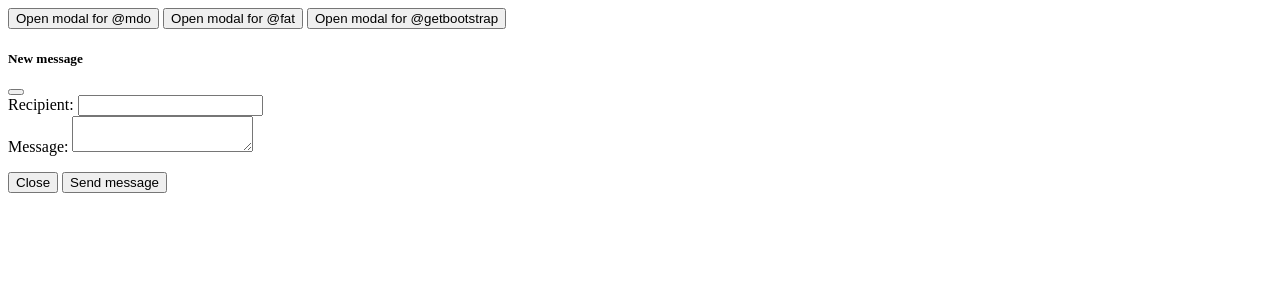
Repository: HeorhiiPotapov/contacts-app
Page: contacts/templates/contacts/modal_create.html
The author's editor kept a copy of each file at every save. The page is drawn from the files as they stood at one save, then again after the next save.
The browser window is 1280 px wide. The pictures show the whole page.
The template is drawn by Django 4.2. The application's start-up code is not run. Other server files are loaded and not shown. The template is opened directly, without the code that normally fills it, so the values that code supplies are empty.

Above is the page before, as saved 2021-10-03 22:18:32.

### contacts/templates/contacts/modal_create.html
<button
  type="button"
  class="btn btn-primary"
  data-bs-toggle="modal"
  data-bs-target="#exampleModal"
  data-bs-whatever="@mdo"
>
  Open modal for @mdo
</button>
<button
  type="button"
  class="btn btn-primary"
  data-bs-toggle="modal"
  data-bs-target="#exampleModal"
  data-bs-whatever="@fat"
>
  Open modal for @fat
</button>
<button
  type="button"
  class="btn btn-primary"
  data-bs-toggle="modal"
  data-bs-target="#exampleModal"
  data-bs-whatever="@getbootstrap"
>
  Open modal for @getbootstrap
</button>

<div
  class="modal fade"
  id="exampleModal"
  tabindex="-1"
  aria-labelledby="exampleModalLabel"
  aria-hidden="true"
>
  <div class="modal-dialog">
    <div class="modal-content">
      <div class="modal-header">
        <h5 class="modal-title" id="exampleModalLabel">New message</h5>
        <button
          type="button"
          class="btn-close"
          data-bs-dismiss="modal"
          aria-label="Close"
        ></button>
      </div>
      <div class="modal-body">
        <form>
          <div class="mb-3">
            <label for="name_field" class="col-form-label">Recipient:</label>
            <input type="text" class="form-control" id="name_field" />
          </div>
          <div class="mb-3">
            <label for="message-field" class="col-form-label">Message:</label>
            <textarea class="form-control" id="message-field"></textarea>
          </div>
        </form>
      </div>
      <div class="modal-footer">
        <button type="button" class="btn btn-secondary" data-bs-dismiss="modal">
          Close
        </button>
        <button type="button" class="btn btn-primary">Send message</button>
      </div>
    </div>
  </div>
</div>

After the next save:
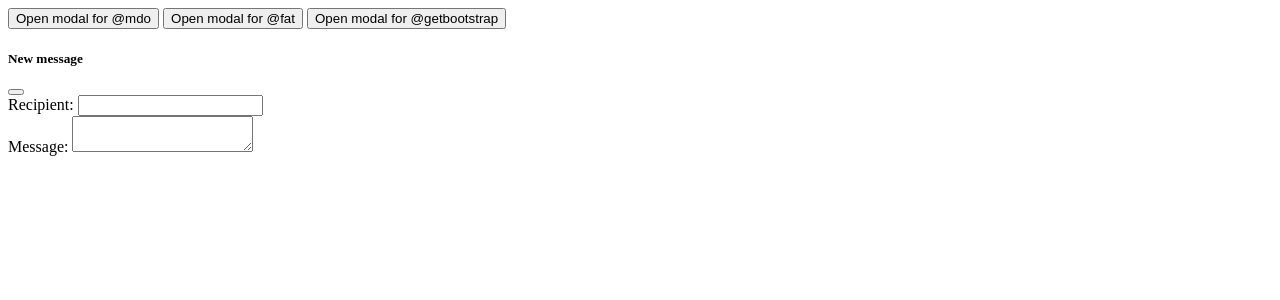
Saved 59 s later.
--- a/contacts/templates/contacts/modal_create.html
+++ b/contacts/templates/contacts/modal_create.html
@@ -56,12 +56,14 @@
           </div>
         </form>
       </div>
+      {% comment %}
       <div class="modal-footer">
         <button type="button" class="btn btn-secondary" data-bs-dismiss="modal">
           Close
         </button>
         <button type="button" class="btn btn-primary">Send message</button>
       </div>
+      {% endcomment %}
     </div>
   </div>
 </div>
